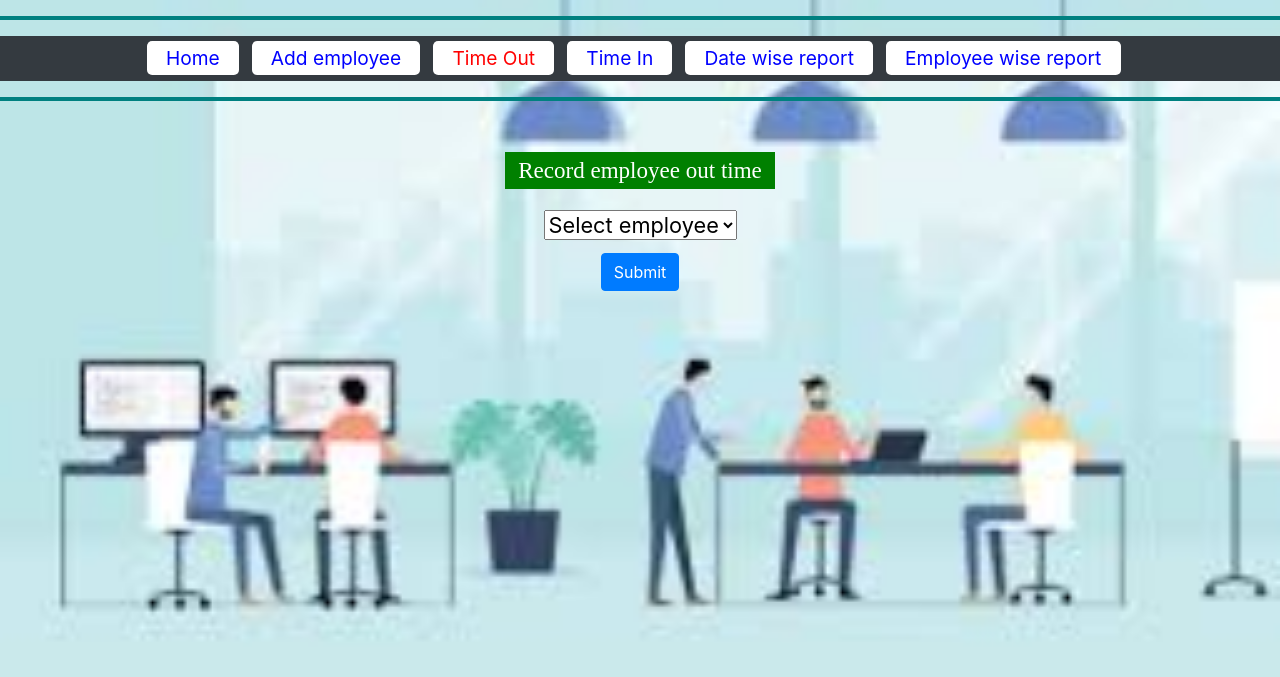
Repository: 7373Mehar/AdvanceJava
Page: http://localhost/emp-outin-time/outtime/employee-in-name-list.jsp
These files come from the project's save history. The page is drawn as it stood at one moment and after the next save; the edit follows.
The browser window is 1280 px wide. The pictures show the whole page.
The page is served by Tomcat 9. Queries for data that is not in the repository find no rows.

Above is the page before, as saved 2023-02-12 11:52:34.

After the next save:
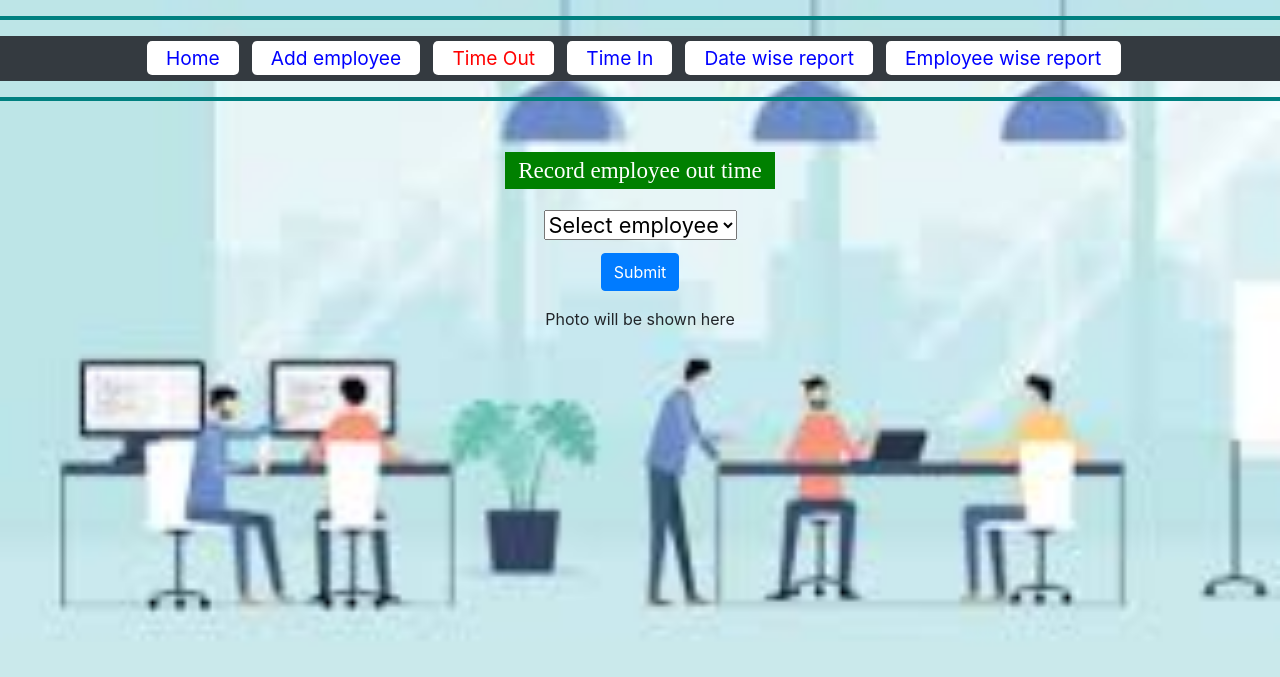
Saved 34 s later.
--- a/JSP/emp-outin-time/WebContent/outtime/employee-in-name-list.jsp
+++ b/JSP/emp-outin-time/WebContent/outtime/employee-in-name-list.jsp
@@ -29,6 +29,7 @@
   </div>
  </form>
  <div class='dvv' id='photo'>
+   <label>Photo will be shown here</label>
   </div>
  </body>
 </html>

After the save that followed:
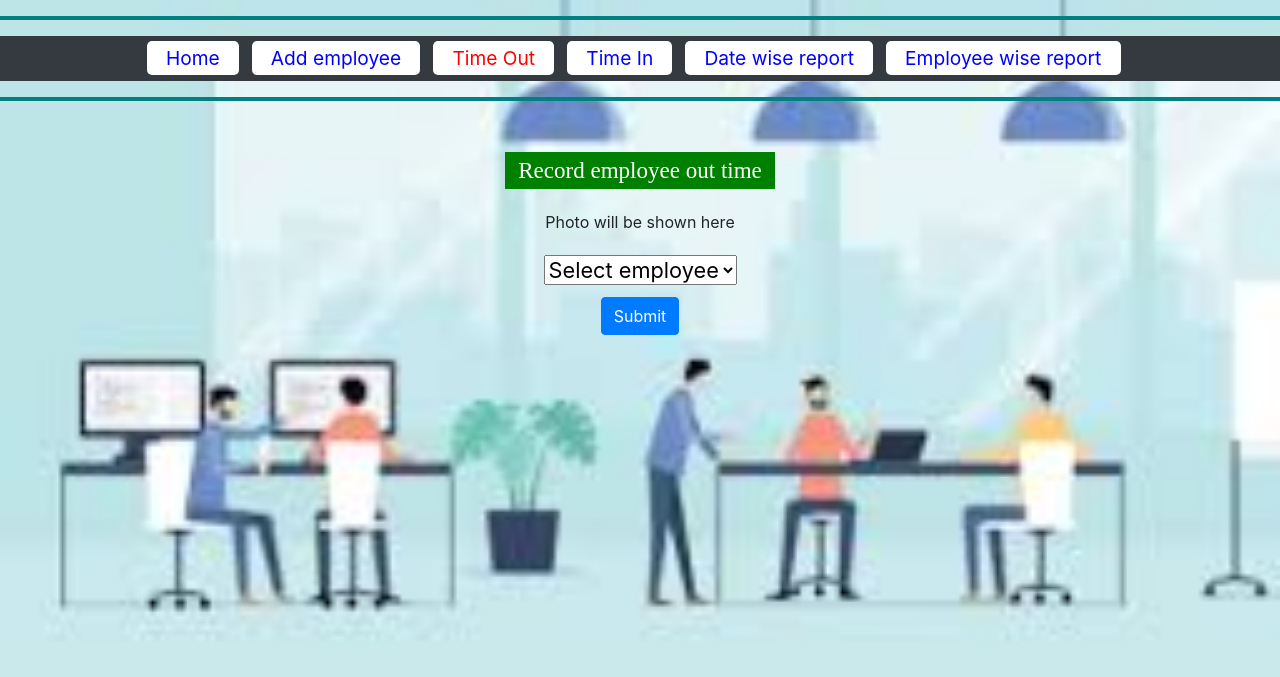
Saved 33 s later.
--- a/JSP/emp-outin-time/WebContent/outtime/employee-in-name-list.jsp
+++ b/JSP/emp-outin-time/WebContent/outtime/employee-in-name-list.jsp
@@ -4,6 +4,9 @@
  <form action="save-outtime.jsp">
   <div class='dv'>
    <label class='hdu'>Record employee out time</label>
+  </div>
+  <div class='dvv' id='photo'>
+   <label>Photo will be shown here</label>
   </div>
   <div class='dvv'>
    <select class='la' id="eid" name="eid" onchange="showPhoto()">
@@ -28,8 +31,5 @@
   <div class='dvv' id='msg'>
   </div>
  </form>
- <div class='dvv' id='photo'>
-   <label>Photo will be shown here</label>
-  </div>
  </body>
 </html>
